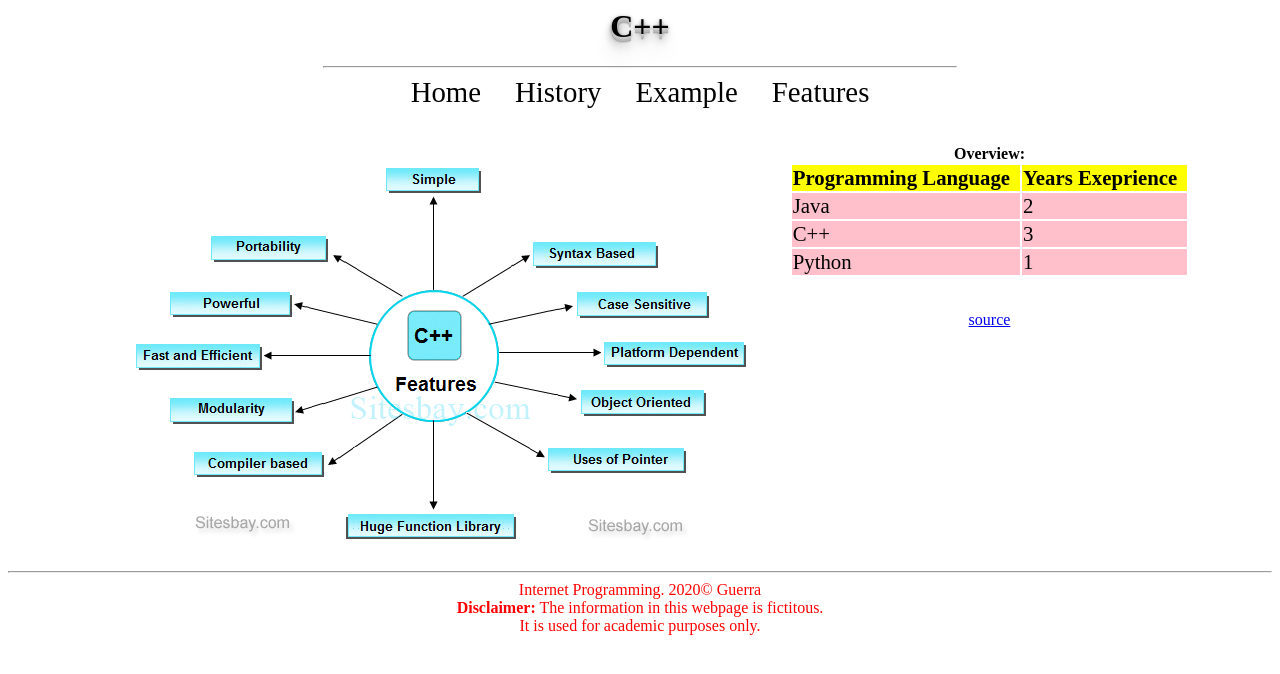
Repository: EricG831/a1
Page: a1/Features.html
The author's editor kept a record of every edit. The page is drawn from the files as they stood at one moment, then again after the next edit.
The browser window is 1280 px wide. The pictures show the whole page.
Some web fonts or font styles are not loaded; a fallback is used.

Above is the page before.

### a1/Features.html
<html>
    <head>
        <meta char=”utf-8” />
        <title>C++</title>
        <link href="https://fonts.googleapis.com/css?family=Pacific" rel="stylesheet">
        <style>
            @import url("css/styles.css");
        </style>
    </head>
    <body>


        <header>
            <h1>C++</h1>
        </header>

        <nav>
            <hr width="50%" />
            <a href="index.html"> Home</a>
            <a href="History.html"> History</a>
            <a href="Example.html"> Example</a>
            <a href="Features.html"> Features</a>
        </nav>

        <br /><br />

        <main >
            <figure id="ex" >
                <img src="img/feat.png" alt="Picture Of Features" />
            </figure>

            <div id:"FeaturesText">
                <strong>Overview:</strong> <br />

                <table>
                <tr id="table-header">
                    <td><strong>Programming Language</strong></td>
                    <td><strong>Years Exeprience</strong></td>
                </tr>
                <tr class="table-row">
                    <td>Java</td>
                    <td>2</td>
                </tr>
                <tr class="table-row">
                    <td>C++</td>
                    <td>3</td>
                </tr>
                <tr class="table-row">
                    <td>Python</td>
                    <td>1</td>
                </tr>
            </table>

                <p></p>
                <br />
                <a href="https://www.javatpoint.com/cpp-features"> source</a>

                <br />

            </div>
        </main>

        <footer>
            <hr>
            Internet Programming. 2020&copy; Guerra <br/>
            <strong>Disclaimer:</strong> The information in this webpage is fictitous. <br />
            It is used for academic purposes only. <br />
        </footer>

    </body>

</html>

### a1/css/styles.css
header{
    text-shadow: 0 1px 0 #ccc,
               0 2px 0 #c9c9c9,
               0 3px 0 #bbb,
               0 4px 0 #b9b9b9,
               0 5px 0 #aaa,
               0 6px 1px rgba(0,0,0,.1),
               0 0 5px rgba(0,0,0,.1),
               0 1px 3px rgba(0,0,0,.3),
               0 3px 5px rgba(0,0,0,.2),
               0 5px 10px rgba(0,0,0,.25),
               0 10px 10px rgba(0,0,0,.2),
               0 20px 20px rgba(0,0,0,.15);
}

body {
    background-color: white;
    color:black;
    text-align: center

}

main,  nav, footer{
    text-align: center;
}

main {
    display: flex;
    justify-content: center;
}

nav a{   /* links within *nav* container */
    padding: 15px;
    padding-bottom: 4px;
    font-size: 1.8em;
    text-decoration: none; /* removes underline */
    color: black; /* by default, links are blue */
}

#welcomeText{
    text-align: left;
    float: left;
}

footer{
    clear: left;
    font-size: 1.0em;
    color: red;
}

#ExampleText{
    text-align: left;
    float: left;
    text-align-last: auto;
    color: blue;
}

#FeaturesText{
    float: left;
    color: red;
}

nav a:hover{
    border-bottom:2px red solid;
    font-size: 2em;
    transition: .9s;
}

table {
    margin: 0px auto;
}

td {
    padding-right: 10px;
    font-size: 1.3em;
}

td strong {
    color: black;
}

#table-header {
    background-color: yellow;
}

.table-row {
    background-color: pink;
}

ul {
    width:500px;
    margin: 0 auto;
    text-align: left;
}

#historyText{
    text-align-last: left;
    color: red;
}

After the next edit:
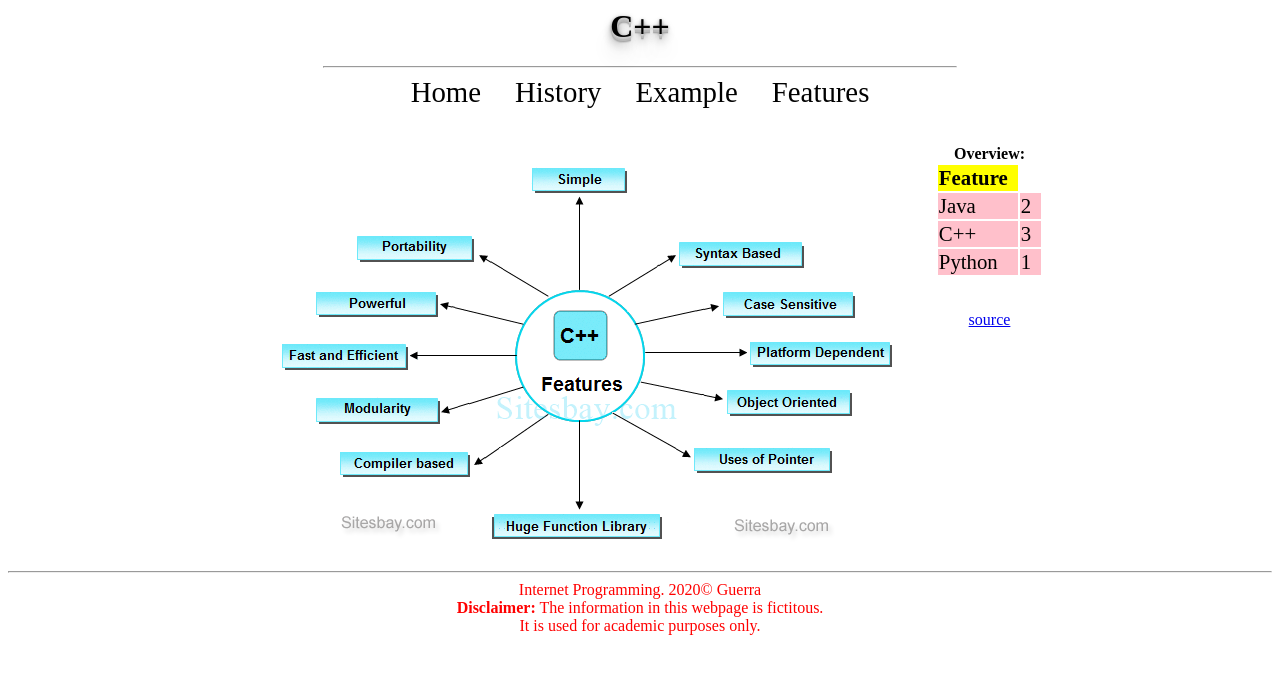
The edit:
--- a/a1/Features.html
+++ b/a1/Features.html
@@ -34,8 +34,7 @@
 
                 <table>
                 <tr id="table-header">
-                    <td><strong>Programming Language</strong></td>
-                    <td><strong>Years Exeprience</strong></td>
+                    <td><strong>Feature</strong></td>
                 </tr>
                 <tr class="table-row">
                     <td>Java</td>
